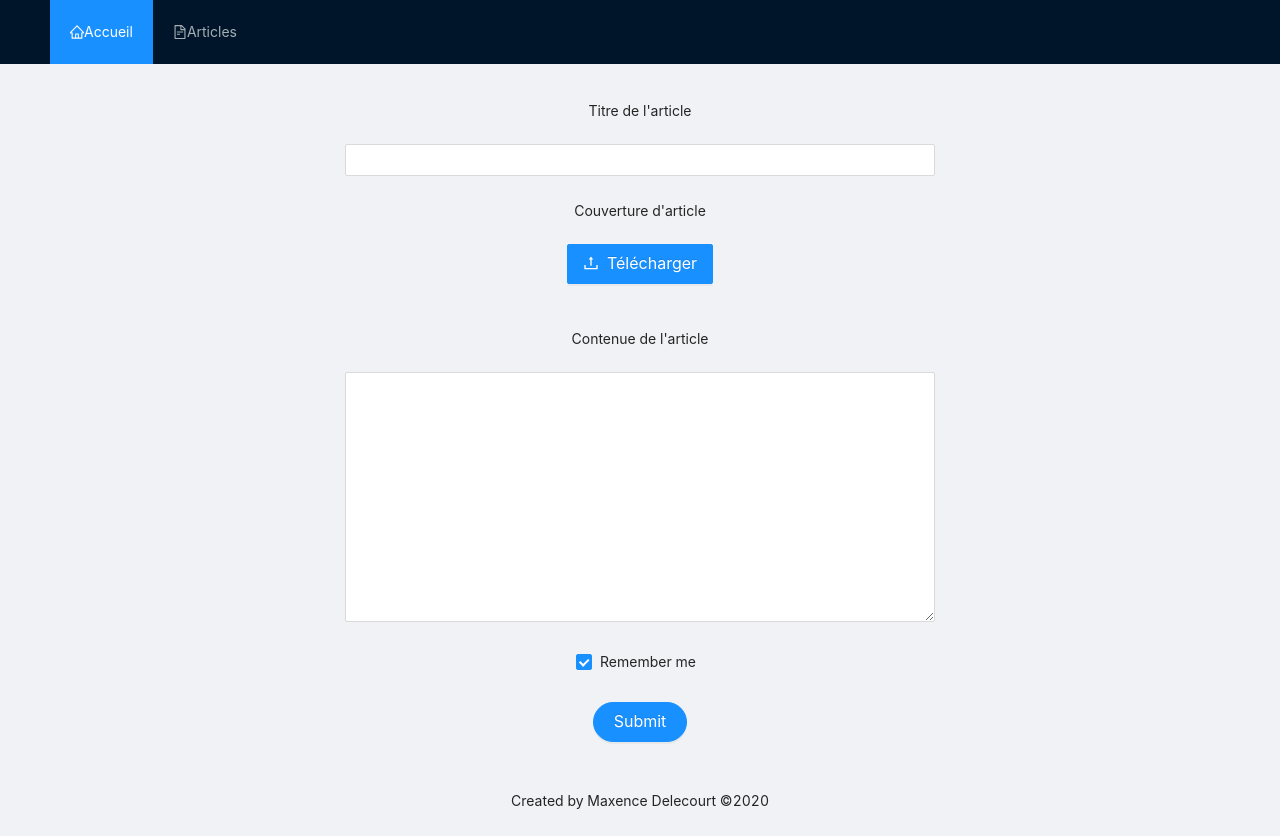
Repository: MaxenceDelecourt/ReactBlog
Page: /AddPost
These files come from the project's save history. The page is drawn as it stood at one moment and after the next save; the edit follows.
The browser window is 1280 px wide. The pictures show the whole page.
The project was rebuilt for these pictures with package versions that can differ from the ones it lists, and the page was loaded fresh each time. Also part of the build but not shown: src/Accueil/Accueil.js, src/Service/client.js, src/Api/Api.js, src/Post/Post.js, src/PostDescription/PostDescription.js, src/Admin/Admin.js, src/Admin/AdminDashboard.js.

Above is the page before, as saved 2020-06-04 11:26:41.

### public/index.html
<!DOCTYPE html>
<html lang="en">
  <head>
    <meta charset="utf-8" />
    <link rel="icon" href="%PUBLIC_URL%/favicon.ico" />
    <meta name="viewport" content="width=device-width, initial-scale=1" />
    <meta name="theme-color" content="#000000" />
    <meta
      name="description"
      content="Web site created using create-react-app"
    />
    <link rel="apple-touch-icon" href="%PUBLIC_URL%/logo192.png" />
    <!--
      manifest.json provides metadata used when your web app is installed on a
      user's mobile device or desktop. See https://developers.google.com/web/fundamentals/web-app-manifest/
    -->
    <link rel="manifest" href="%PUBLIC_URL%/manifest.json" />
    <!--
      Notice the use of %PUBLIC_URL% in the tags above.
      It will be replaced with the URL of the `public` folder during the build.
      Only files inside the `public` folder can be referenced from the HTML.

      Unlike "/favicon.ico" or "favicon.ico", "%PUBLIC_URL%/favicon.ico" will
      work correctly both with client-side routing and a non-root public URL.
      Learn how to configure a non-root public URL by running `npm run build`.
    -->
    <title>Test Blog</title>
  </head>
  <body>
    <noscript>You need to enable JavaScript to run this app.</noscript>
    <div id="root"></div>
    <!--
      This HTML file is a template.
      If you open it directly in the browser, you will see an empty page.

      You can add webfonts, meta tags, or analytics to this file.
      The build step will place the bundled scripts into the <body> tag.

      To begin the development, run `npm start` or `yarn start`.
      To create a production bundle, use `npm run build` or `yarn build`.
    -->
  </body>
</html>

### src/App.js
import React from 'react';
import 'antd/dist/antd.css'
import './App.css';
import { BrowserRouter as Router, Route } from 'react-router-dom'
import { Layout } from 'antd';
import Navigation from './Navigation/Navigation'
import Accueil from './Accueil/Accueil'
import Post from './Post/Post'
import PostDescription from './PostDescription/PostDescription'
import Admin from './Admin/Admin'
import ModifyPost from './Admin/ModifyPost'
import AdminDashboard from './Admin/AdminDashboard'


const { Header, Footer, Content } = Layout;

function App(){
  return(
    <div className='App'>
        <Layout className="layout">
          <Router>
            <Header style={{position: 'fixed', width: '100%', zIndex:'999'}}>
                <Navigation/>
            </Header>
            <Content style={{ padding: '0 50px', width: '100%', height: '100%', marginTop: 100}}>
              <Route path='/' exact component={Accueil}/>
              <Route path='/Post' exact component={Post}/>
              <Route path='/PostDescription/:slug' exact component={PostDescription}/>
              <Route path='/MaxAdmin' exact component={Admin}/>
              <Route path='/Dashboard' exact component={AdminDashboard}/>
              <Route path='/AddPost' exact component={ModifyPost}/>
            </Content>
          </Router>
          <Footer style={{ textAlign: 'center', bottom: 0, width: '100%'}}>Created by Maxence Delecourt ©2020 </Footer>
      </Layout>
    </div>
  );
}

export default App;

### src/Navigation/Navigation.js
import React from 'react'
import { Menu } from 'antd';
import { Link } from 'react-router-dom'
import { FileTextOutlined, HomeOutlined } from '@ant-design/icons';


function Navigation (){
    return(
        <div>
            <div className="logo" />
            <Menu theme="dark" mode="horizontal" defaultSelectedKeys={['1']}>
                <Menu.Item key="1"><HomeOutlined /><Link to='/'>Accueil</Link></Menu.Item>
                <Menu.Item key="2"><FileTextOutlined /><Link to='/Post'>Articles</Link></Menu.Item>
            </Menu>
        </div>
    );

}

export default Navigation;

### src/Admin/ModifyPost.js
import React from 'react';
import 'antd/dist/antd.css';
import { Form, Input, Button, Checkbox, Col, Upload} from 'antd';
import { UploadOutlined } from '@ant-design/icons';

const AddPost = () => {
    const onFinish = values => {
        console.log('Success:', values);
    };

    const onFinishFailed = errorInfo => {
        console.log('Failed:', errorInfo);
    };

    return (
        <div>
            <Form name="basic" initialValues={{ remember: true, }} onFinish={onFinish} onFinishFailed={onFinishFailed}>
                <span>Titre de l'article</span>
                <br />
                <br />
                <Col className="gutter-row" span={12} offset={6}>
                    <Form.Item name="username" rules={[{ required: true, message: 'Votre pseudo n\'à pas été entré', },]}>
                        <Input/>
                    </Form.Item>
                    <span>Couverture d'article</span>
                    <br />
                    <br />
                    <Upload>
                        <Button size='large' type="primary">
                            <UploadOutlined /> Télécharger
                        </Button>
                    </Upload>
                    <br />
                    <br />
                    <span>Contenue de l'article</span>
                    <br />
                    <br />
                    <Form.Item name='introduction'>
                        <Input.TextArea style={{height: '250px'}} />
                     </Form.Item>
                    <Form.Item name="remember" valuePropName="checked">
                        <Checkbox>Remember me</Checkbox>
                    </Form.Item>
                    <Form.Item>
                        <Button type="primary" shape="round" size='large' htmlType="submit">
                            Submit
                        </Button>
                    </Form.Item>
                </Col>
            </Form>
        </div>
    );
}

export default AddPost;

Loaded but not shown: src/index.js (common file); src/index.css (common file); src/serviceWorker.js (common file); src/App.css (common file)

After the next save:
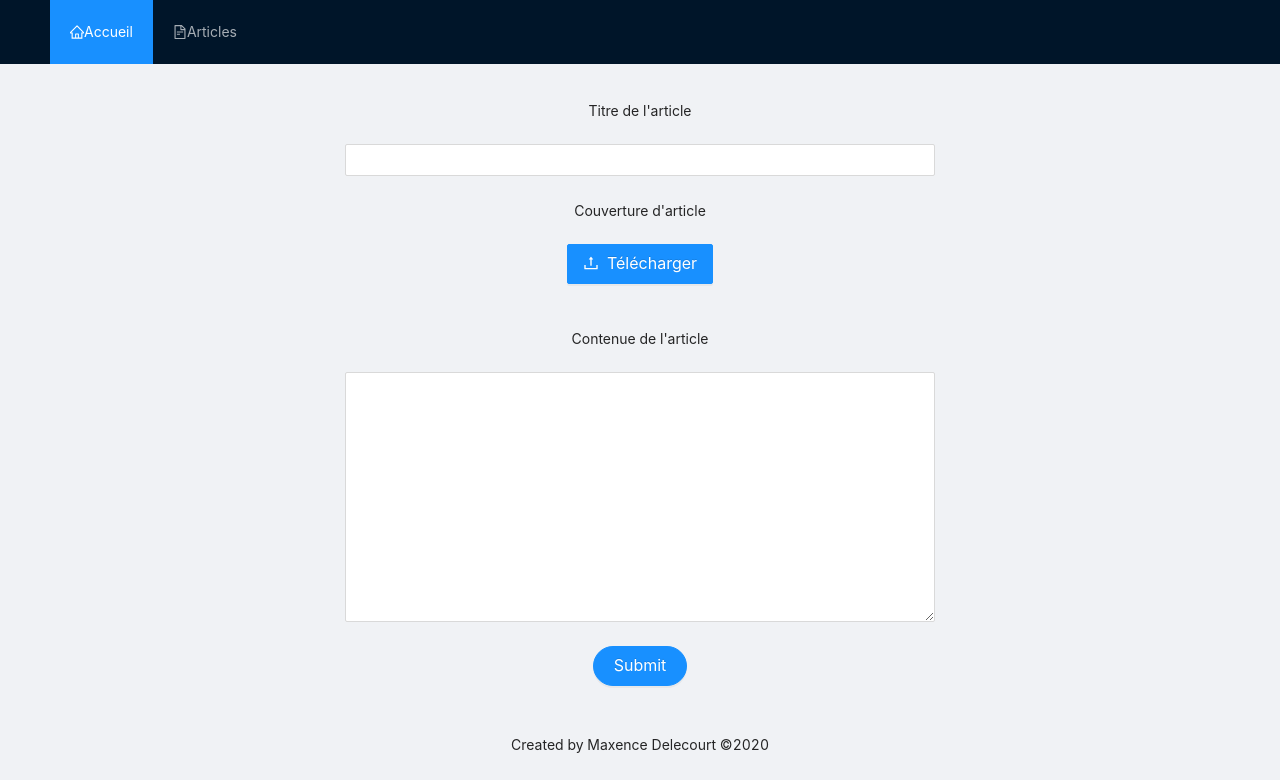
Saved 10 s later.
--- a/src/Admin/ModifyPost.js
+++ b/src/Admin/ModifyPost.js
@@ -38,9 +38,6 @@ const AddPost = () => {
                     <Form.Item name='introduction'>
                         <Input.TextArea style={{height: '250px'}} />
                      </Form.Item>
-                    <Form.Item name="remember" valuePropName="checked">
-                        <Checkbox>Remember me</Checkbox>
-                    </Form.Item>
                     <Form.Item>
                         <Button type="primary" shape="round" size='large' htmlType="submit">
                             Submit
